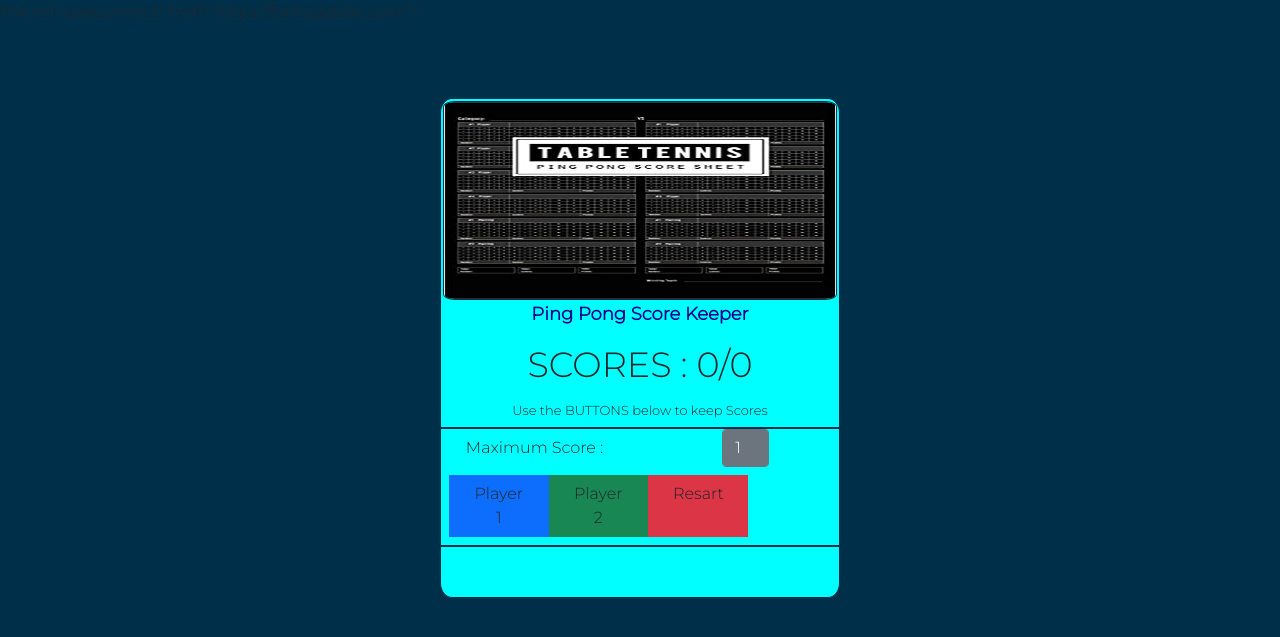
Repository: uditjain100/JavaScript-for-Web
Page: 9.Score Keeper Project/sk.html
The author's editor kept a copy of each file at every save. The page is drawn from the files as they stood at one save, then again after the next save.
The browser window is 1280 px wide. The pictures show the whole page.

Above is the page before, as saved 2021-01-22 21:41:23.

### 9.Score Keeper Project/sk.html
<!DOCTYPE html>
<html lang="en">
  <head>
    <meta charset="UTF-8" />
    <meta name="viewport" content="width=device-width, initial-scale=1.0" />
    <title>Score Keeper</title>
    <link
      href="https://cdn.jsdelivr.net/npm/bootstrap@5.0.0-beta1/dist/css/bootstrap.min.css"
      rel="stylesheet"
      integrity="sha384-giJF6kkoqNQ00vy+HMDP7azOuL0xtbfIcaT9wjKHr8RbDVddVHyTfAAsrekwKmP1"
      crossorigin="anonymous"
    />
    link rel="preconnect" href="https://fonts.gstatic.com">
    <link
      href="https://fonts.googleapis.com/css2?family=Montserrat:wght@300&display=swap"
      rel="stylesheet"
    />
    <link rel="stylesheet" href="app.css" />
  </head>
  <body>
    <div class="container">
      <div id="mainbody" class="main" style="height: 500px">
        <img
          src="image.png"
          alt="Table_Tennis"
          class="img-fluid mx-auto"
          style="width: 99%; height: 40%"
        />

        <h6 id="heading" class="diaply-10">Ping Pong Score Keeper</h6>

        <div id="scores" class="scores m-2 p-1 mx-auto">
          <span id="score" class="score">SCORES : 0/0</span>
        </div>

        <h6 id="instruction">Use the BUTTONS below to keep Scores</h6>

        <div id="maxScores" class="row">
          <div class="col-6">
            <h6 id="max_score" class="display-10 fw-4">Maximum Score :</h6>
          </div>
          <div id="select_02" class="col-2">
            <select
              class="form-control btn-secondary"
              name="max-score"
              id="max-score"
            >
              <option value="1">1</option>
              <option value="2">2</option>
              <option value="3">3</option>
              <option value="4">4</option>
              <option value="5">5</option>
            </select>
          </div>

          <div class="row m-2 text-white">
            <div class="col-3 bg-primary">
              <button class="btn">Player 1</button>
            </div>
            <div class="col-3 bg-success">
              <button class="btn">Player 2</button>
            </div>
            <div class="col-3 bg-danger">
              <button class="btn">Resart</button>
            </div>
          </div>

          <!-- ********************* -->
        </div>
      </div>
    </div>
  </body>
</html>

### 9.Score Keeper Project/app.css
body {
  background-color: #003049;
  font-family: "Montserrat";
}

.container {
  display: flex;
  justify-content: center;
  align-items: center;
  min-height: 90vh;
}

img {
  display: flex;
  justify-content: center;
  margin-top: 2px;
  border: 0.5px #003049 solid;
  border-radius: 3%;
}

#mainbody {
  background-color: aqua;
  border: 0.5px #003049 solid;
  border-radius: 3%;
  width: 400px;
}

#heading {
  margin: 3px;
  padding: 1px;
  text-align: center;
  color: darkblue;
  font-weight: 900;
  font-size: large;
  font-family: "Montserrat";
}

#scores {
  display: flex;
  justify-content: center;
  align-items: center;
}

#instruction {
  text-align: center;
  font-size: small;
}

#maxScores {
  display: flex;
  align-items: center;
  border-top: 2px #003049 solid;
  border-bottom: 2px #003049 solid;
}

#max_score {
  padding: 2px;
  margin: 0px auto;
  text-align: center;
}

#select_02 {
  margin: 0px auto;
}

#score {
  text-align: center;
  font-size: 35px;
}

After the next save:
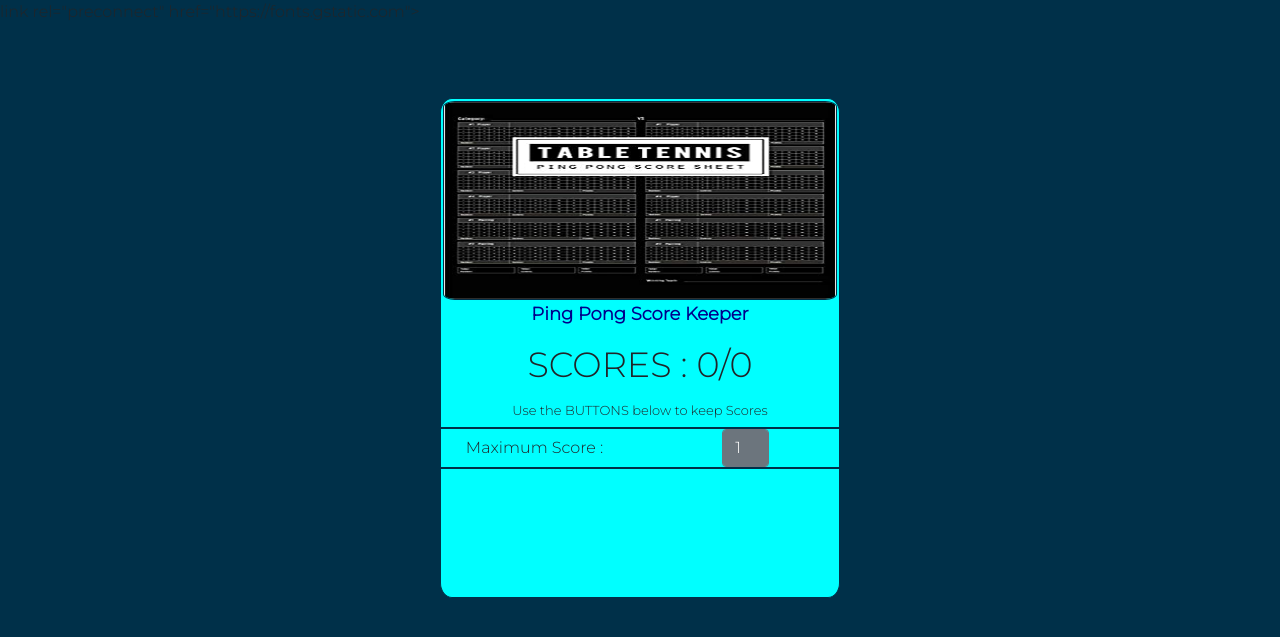
Saved 58 s later.
--- a/9.Score Keeper Project/sk.html
+++ b/9.Score Keeper Project/sk.html
@@ -52,20 +52,6 @@
               <option value="5">5</option>
             </select>
           </div>
-
-          <div class="row m-2 text-white">
-            <div class="col-3 bg-primary">
-              <button class="btn">Player 1</button>
-            </div>
-            <div class="col-3 bg-success">
-              <button class="btn">Player 2</button>
-            </div>
-            <div class="col-3 bg-danger">
-              <button class="btn">Resart</button>
-            </div>
-          </div>
-
-          <!-- ********************* -->
         </div>
       </div>
     </div>
